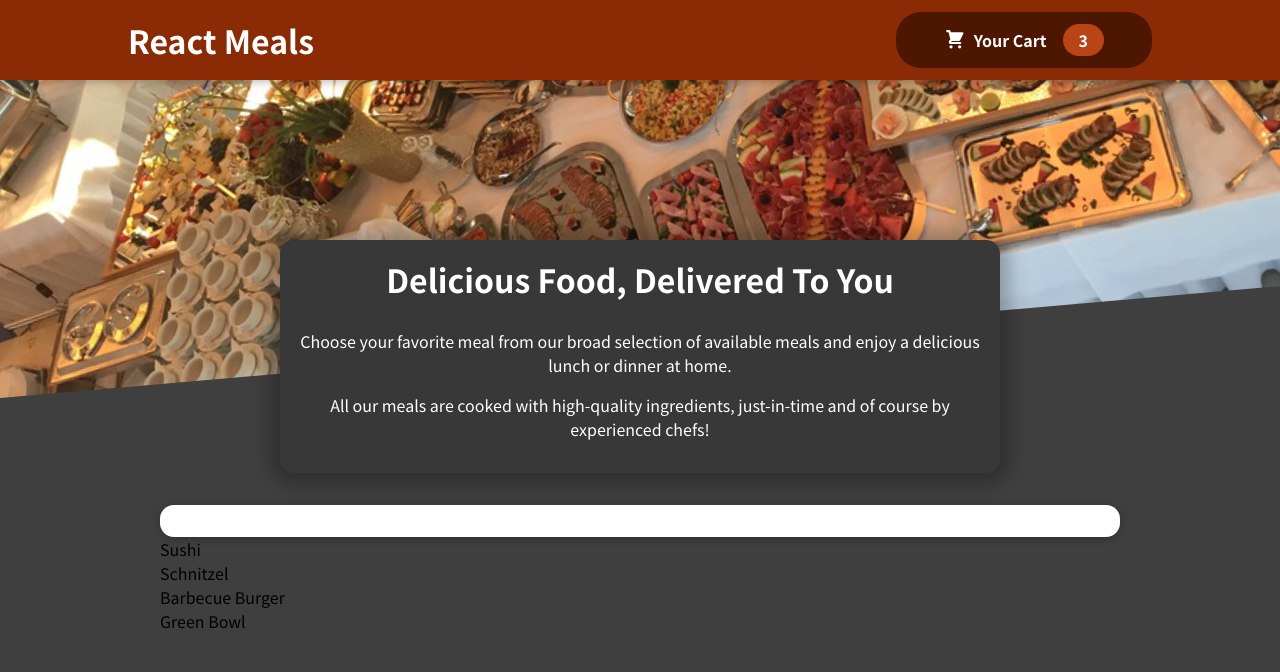
Repository: prathmeshgodbole/React-Food-Delivery-Part-1
Page: /
An editor plug-in stored every save of this project. The page is shown before and after a run of saves, followed by the edit.
The browser window is 1280 px wide. The pictures show the whole page.
The project was rebuilt for these pictures with package versions that can differ from the ones it lists, and the page was loaded fresh each time.

Above is the page before, as saved 2021-07-13 18:17:23.

After the next 2 saves:
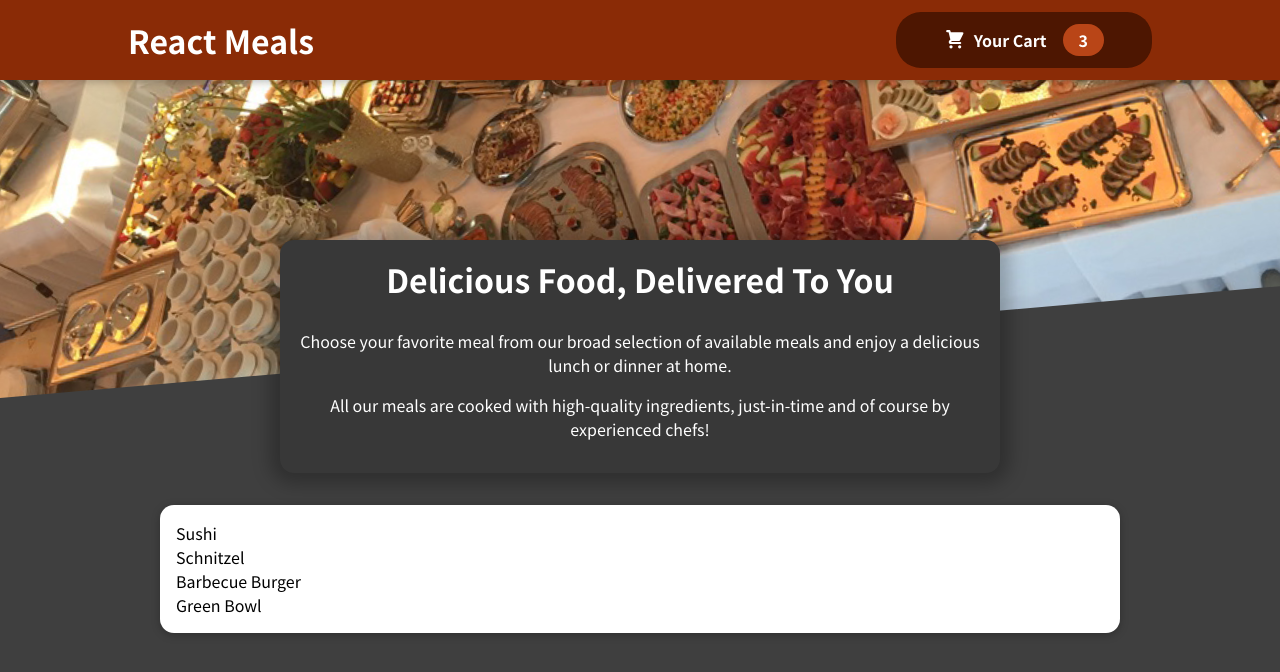
The 2 saves are shown as one change because they came seconds apart.
The last was saved 11 s later.
--- a/src/components/Meals/AvailableMeals.js
+++ b/src/components/Meals/AvailableMeals.js
@@ -31,8 +31,9 @@ const AvailableMeals = () => {
   const mealsList = DUMMY_MEALS.map(meal=><li>{meal.name}</li>);
   return (
     <section className={classes.meals}>
-    <Card></Card>
+    <Card>
       <ul>{mealsList}</ul>
+      </Card>
     </section>
   );
 };
